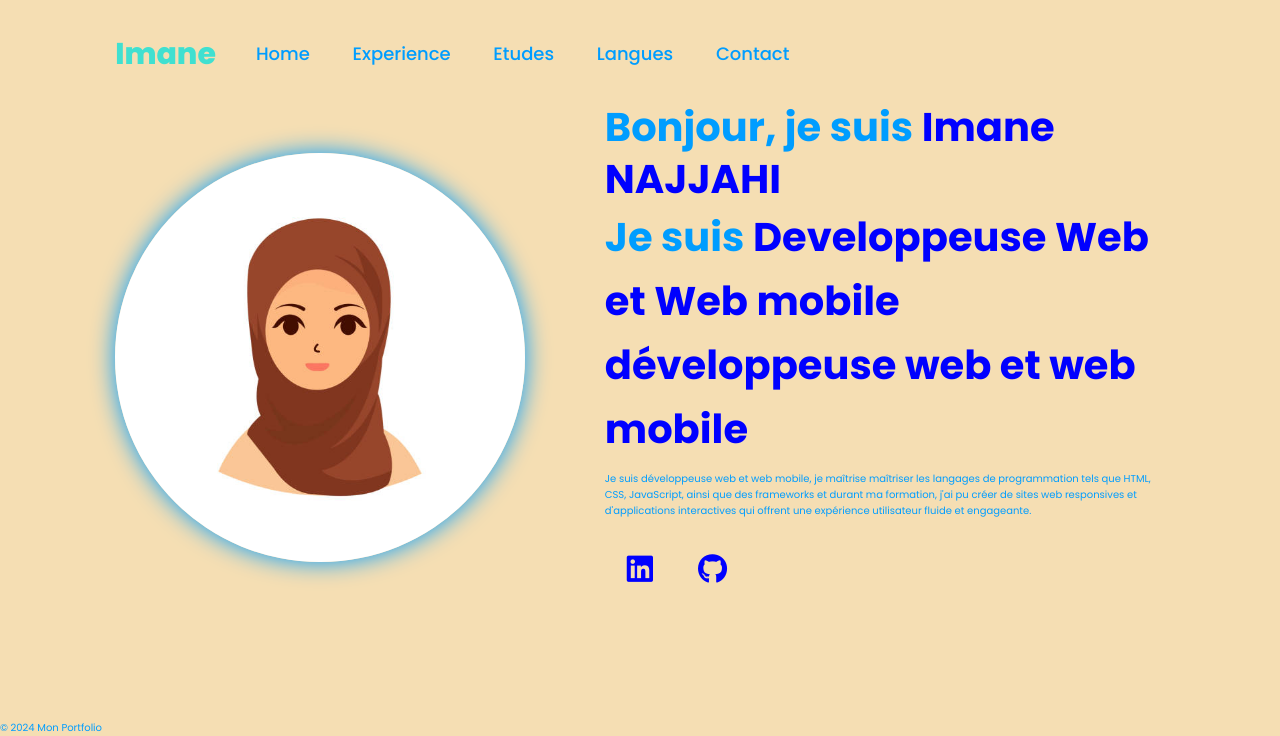
Repository: Najjahi/10mentions_web_back
Page: 02_PHP/portefolio/apropos.html
These files come from the project's save history. The page is drawn as it stood at one moment and after the next save; the edit follows.
The browser window is 1280 px wide. The pictures show the whole page.
Some web fonts or font styles are not loaded; a fallback is used. Some web libraries are served in a nearby version.

Above is the page before, as saved 2024-12-03 10:36:43.

After the next save:
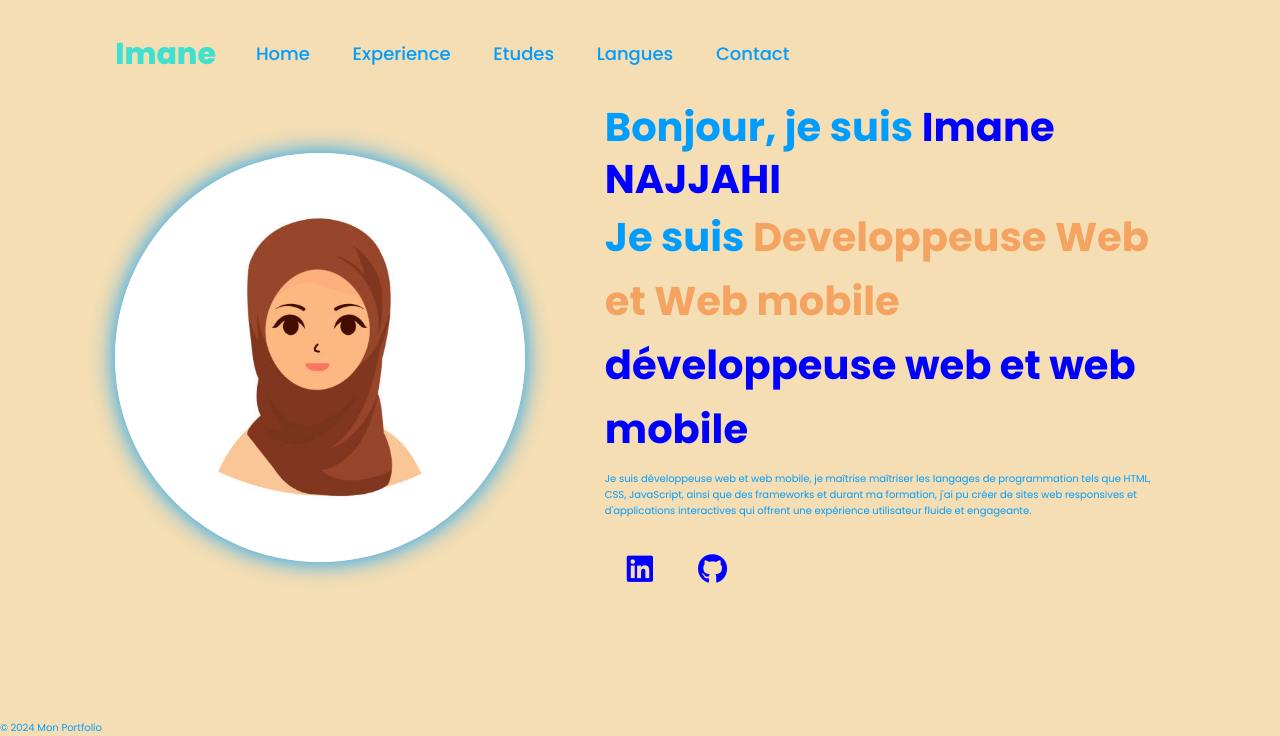
Saved 7 s later.
--- a/02_PHP/portefolio/css/style.css
+++ b/02_PHP/portefolio/css/style.css
@@ -207,6 +207,6 @@ nav a:active{
 
     .typing-text span::before{
         content: "Developpeuse Web et Web mobile";
-        color: sa;
-
-    }
+        color: sandybrown;
+
+    }
